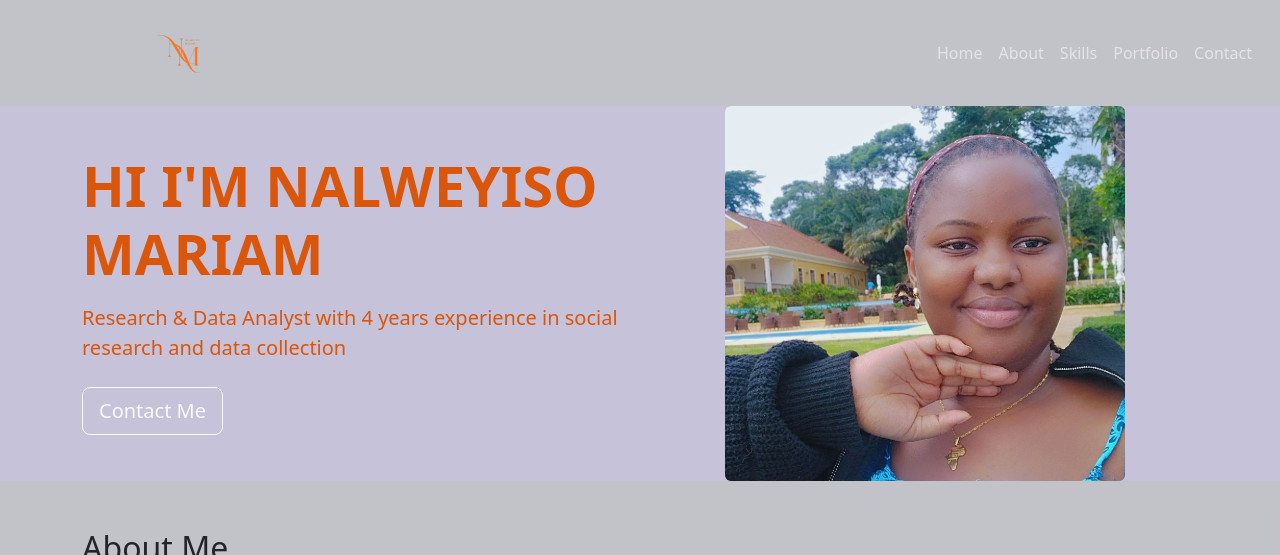
Repository: NalweMari/My-Personal-Portfolio
Page: index.html
These files come from the project's save history. The page is drawn as it stood at one moment and after a run of saves; the edit follows.
The browser window is 1280 px wide. The pictures show the part of the page from y = 0 to 555 px (the page is 985 px tall).
A picture or video elsewhere on the page could not be fetched, so the positions and the page height are approximate.

Above is the page before, as saved 2025-11-28 13:08:18.
Console error (its wording comes from the project's code and is left out).

### index.html
<!DOCTYPE html>
<html lang="en">

<head>
    <meta charset="UTF-8">
    <meta name="viewport" content="width=device-width, initial-scale=1.0">
    <title>My Portfolio</title>
    <link rel="stylesheet" href="style.css">
    <!-- Bootstrap CSS -->
    <link href="https://cdn.jsdelivr.net/npm/bootstrap@5.3.0/dist/css/bootstrap.min.css" rel="stylesheet">
    <!-- Font Awesome for icons -->
    <link rel="stylesheet" href="https://cdnjs.cloudflare.com/ajax/libs/font-awesome/6.4.0/css/all.min.css">
</head>
<body>
    <!-- Navigation -->
    <nav class="navbar navbar-expand-lg navbar-dark bg-custom fixed top">
        <div class="container me-2">
            <a class="navbar-brand Logo" href="#"><img src="images/Initials_Logo-preview (1).png" alt="Your Logo"
                    height="80"></a> <button class="navbar-toggler" type="button" data- 6 toggle="collapse"
                data-target="#navbarNav" aria-controls="navbarNav" aria-expanded="false" aria-label="Toggle navigation">
                <span class="navbar-toggler-icon"></span> </button>
            <div class="collapse navbar-collapse" id="navbarNav">
                <ul class="navbar-nav ms-auto">
                    <li class="nav-item"><a class="nav-link" href="#home">Home</a></li>
                    <li class="nav-item"><a class="nav-link" href="#about">About</a></li>
                    <li class="nav-item"><a class="nav-link" href="#skills">Skills</a></li>
                    <li class="nav-item"><a class="nav-link" href="#portfolio">Portfolio</a></li>
                    <li class="nav-item"><a class="nav-link" href="#contact">Contact</a></li>
                </ul>
            </div>
        </div>
    </nav>

    <!-- Hero Section -->
    <section id="home" class="hero-section">
        <div class="container">
            <div class="row align-items-center">
                <div class="col-lg-6">
                    <h1 class="display-4 fw-bold mb-3">HI I'M NALWEYISO MARIAM</h1>
                    <p class="lead mb-4">Research & Data Analyst with 4 years experience in social research and data
                        collection</p>
                    <div class="d-flex flex-wrap gap-3">
                       <a href="#contact" class="btn btn-outline-light btn-lg">Contact Me</a>
                    </div>
                </div>
                <div class="col-lg-6 text-center mt-5 mt-lg-0">
                    <img src="images/Profile design.png" class="img-fluid rounded large-profile"
                        alt="Nalweyiso Mariam">
                </div>
            </div>
        </div>
    </section>

    <!-- About Section -->
    <section id="about" class="py-5 bg-custom">
        <div class="container">
            <h2 class="section-title">About Me</h2>
            <div class="row align-items-center">
                <div class="col-lg-4 text-center mb-4 mb-lg-0">
                    <img src="images/woman coding.jpg" class="img-fluid rounded shadow" alt="Nalweyiso Mariam"
                        style="max-width: 300px;">
                </div>
                <div class="col-lg-8">
                    <p class="lead">Hi, I'm Nalweyiso Mariam. I'm a research/data analyst with 4 years of experience in
                        social research, qualitative and quantitative data collection.</p>
                    <p>I'm currently developing strong analytical capacity with practical learning in Excel, SQL,
                        Python,
                        and data visualization. Skilled in documentation, scheduling, planning, teamwork, and report
                        drafting, with additional beginner-level exposure to web development.I'm always excited about
                        challenges and take on challenging projects.</p>
                    <div class="row mt-4">
                        <div class="col-md-6">
                            <ul class="list-unstyled">
                                <li class="mb-2"><i class="fas fa-check text-primary me-2"></i> Social Research</li>
                                <li class="mb-2"><i class="fas fa-check text-primary me-2"></i> Data Analysis</li>
                                <li class="mb-2"><i class="fas fa-check text-primary me-2"></i> Qualitative Methods</li>
                            </ul>
                        </div>
                        <div class="col-md-6">
                            <ul class="list-unstyled">
                                <li class="mb-2"><i class="fas fa-check text-primary me-2"></i> web development</li>
                                <li class="nav-item"><i class="fas fa-check text-primary me-2"></i> Data Visualization
                                </li>
                                <li class="mb-2"><i class="fas fa-check text-primary me-2"></i> Project Documentation
                                </li>
                            </ul>
                        </div>
                    </div>
                    <div class="mt-4">
                        <a href="#" class="btn btn-primary me-3"><i class="fas fa-download me-2"></i>Download CV</a>
                    </div>
                </div>
            </div>
        </div>
    </section>
    <script src="https://stackpath.bootstrapcdn.com/bootstrap/4.5.2/js/bootstrap.min.js"></script>
</body>

</html>

### Style.css
.bg-custom {
  background-color: rgba(3, 0, 31, 0.24);
}
.navbar-dark .navbar-nav .nav-link:hover {
    color: rgb(218, 86, 10);
}
.hero-section {
  background-color: rgba(13, 3, 99, 0.24);
  color:  rgb(218, 86, 10);
 /* padding: 10px 0; */
}
.large-profile {
    width: 400px;
    height: 400px;
    object-fit: cover;
}
/* .skill-bar {
  height: 20px;
  background-color: #e9ecef;
  border-radius: 5px;
  margin-bottom: 15px;
}
.skill-progress {
  height: 100%;
  border-radius: 5px;
  background-color: #0d6efd;
}
.project-card {
  transition: transform 0.3s;
}
.project-card:hover {
  transform: translateY(-5px);
} */

After the next 2 saves:
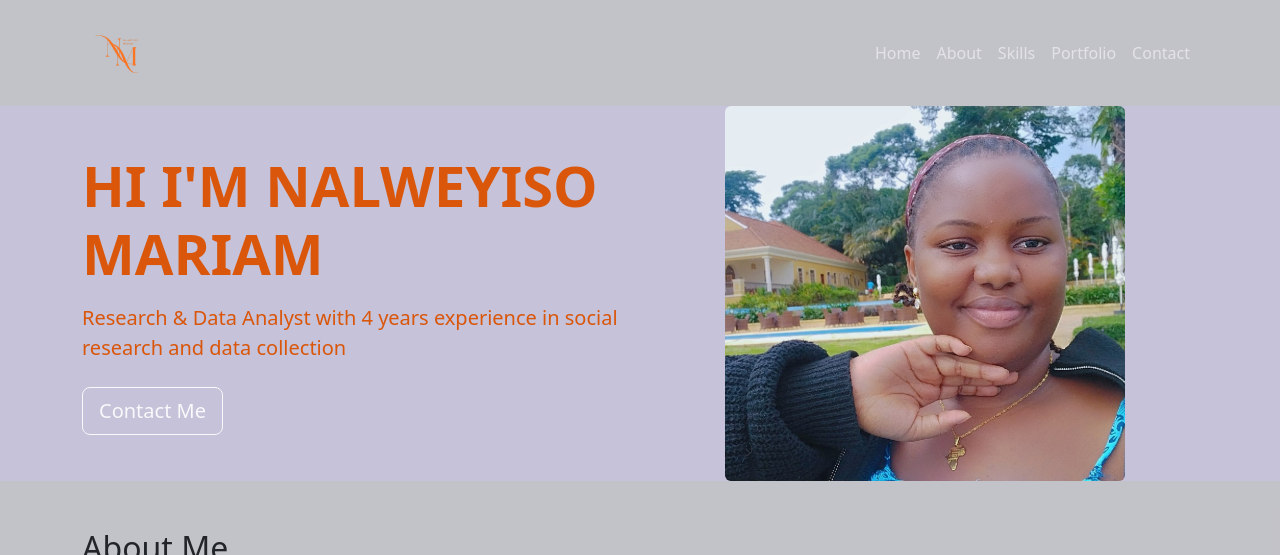
The 2 saves are shown as one change because they came seconds apart.
The last was saved 18 s later.
--- a/index.html
+++ b/index.html
@@ -14,7 +14,7 @@
 <body>
     <!-- Navigation -->
     <nav class="navbar navbar-expand-lg navbar-dark bg-custom fixed top">
-        <div class="container me-2">
+        <div class="container">
             <a class="navbar-brand Logo" href="#"><img src="images/Initials_Logo-preview (1).png" alt="Your Logo"
                     height="80"></a> <button class="navbar-toggler" type="button" data- 6 toggle="collapse"
                 data-target="#navbarNav" aria-controls="navbarNav" aria-expanded="false" aria-label="Toggle navigation">
